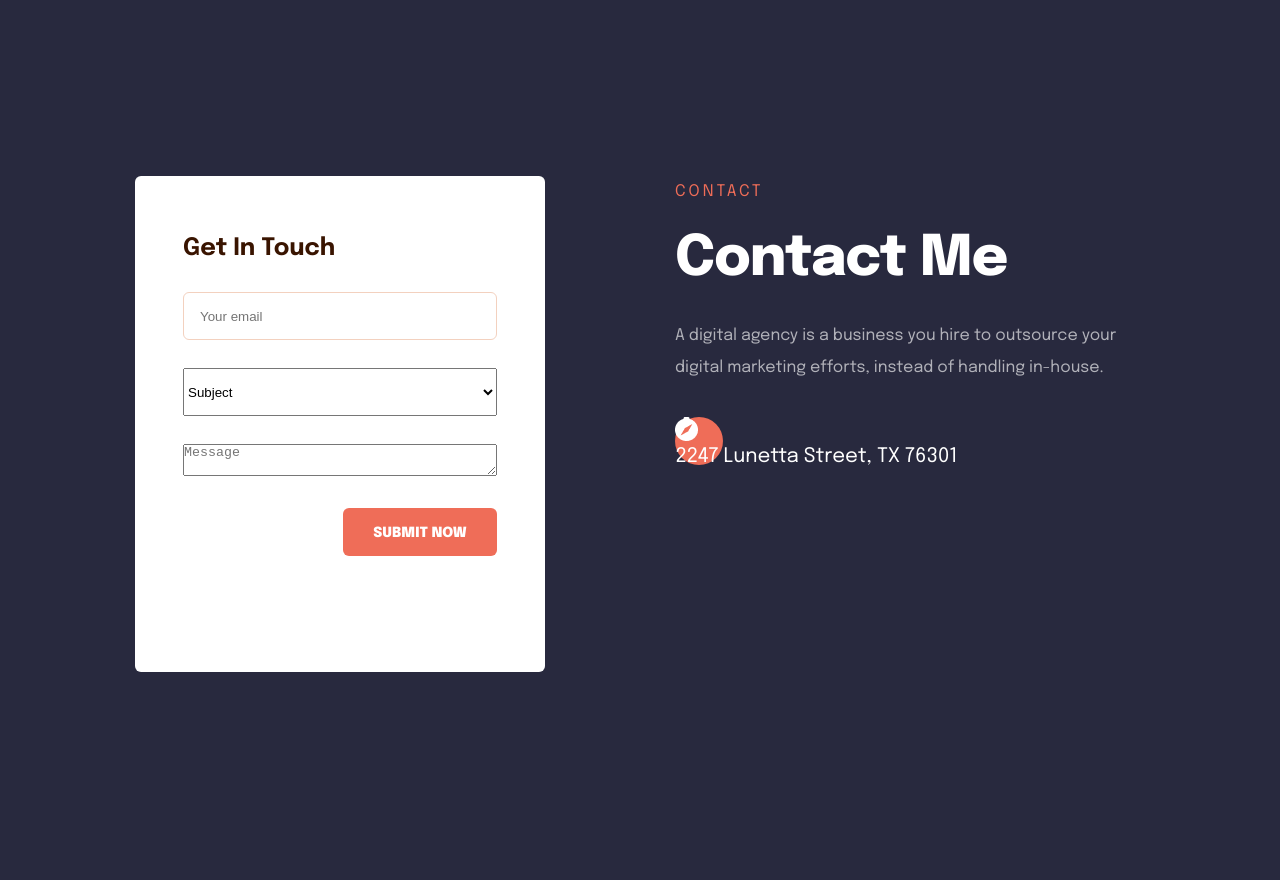
Repository: simralgasimov/contact-me
Page: index.html
An editor plug-in stored every save of this project. The page is shown before and after the next save, followed by the edit.
The browser window is 1280 px wide. The pictures show the whole page.

Above is the page before, as saved 2023-10-04 13:28:32.

After the next save:
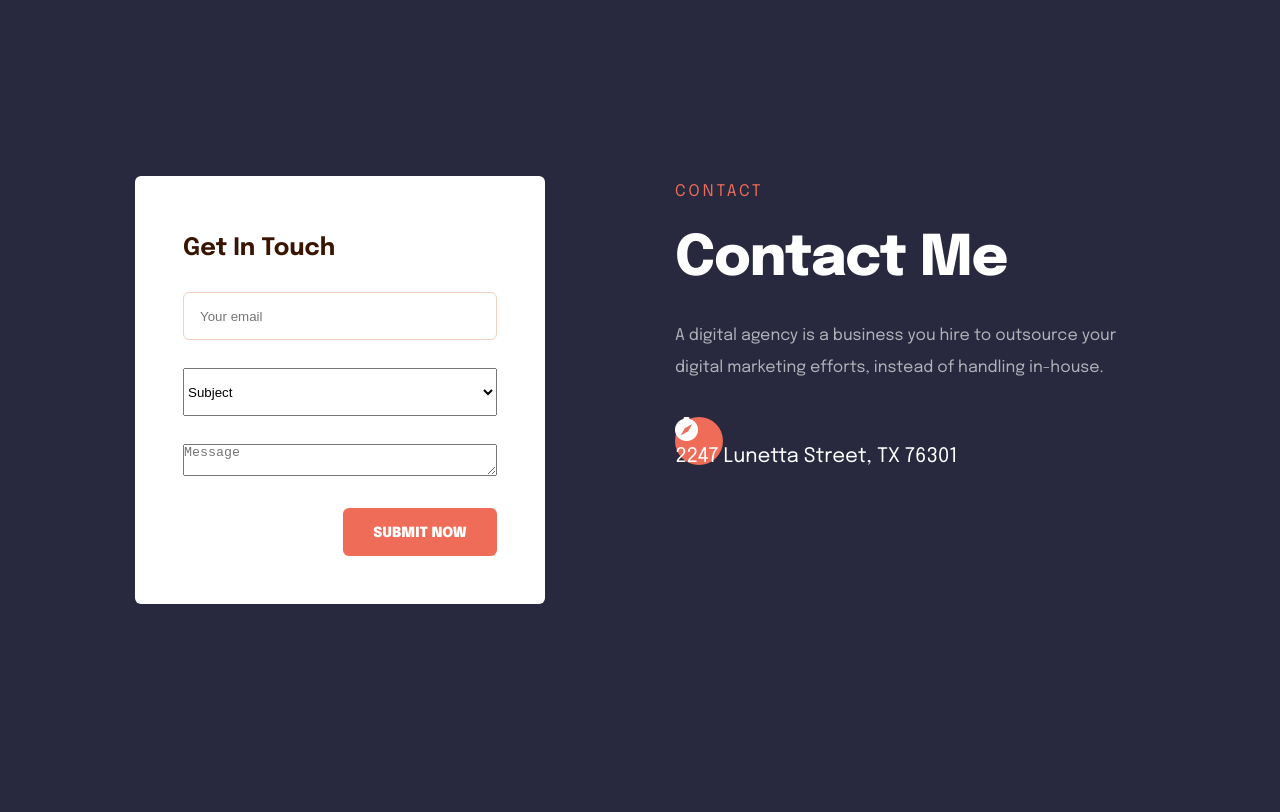
Saved 61 s later.
--- a/index.css
+++ b/index.css
@@ -26,7 +26,6 @@
 
 .container form {
   width: 570px;
-  height: 496px;
   margin-right: 130px;
   border-radius: 6px;
   background: #fff;
